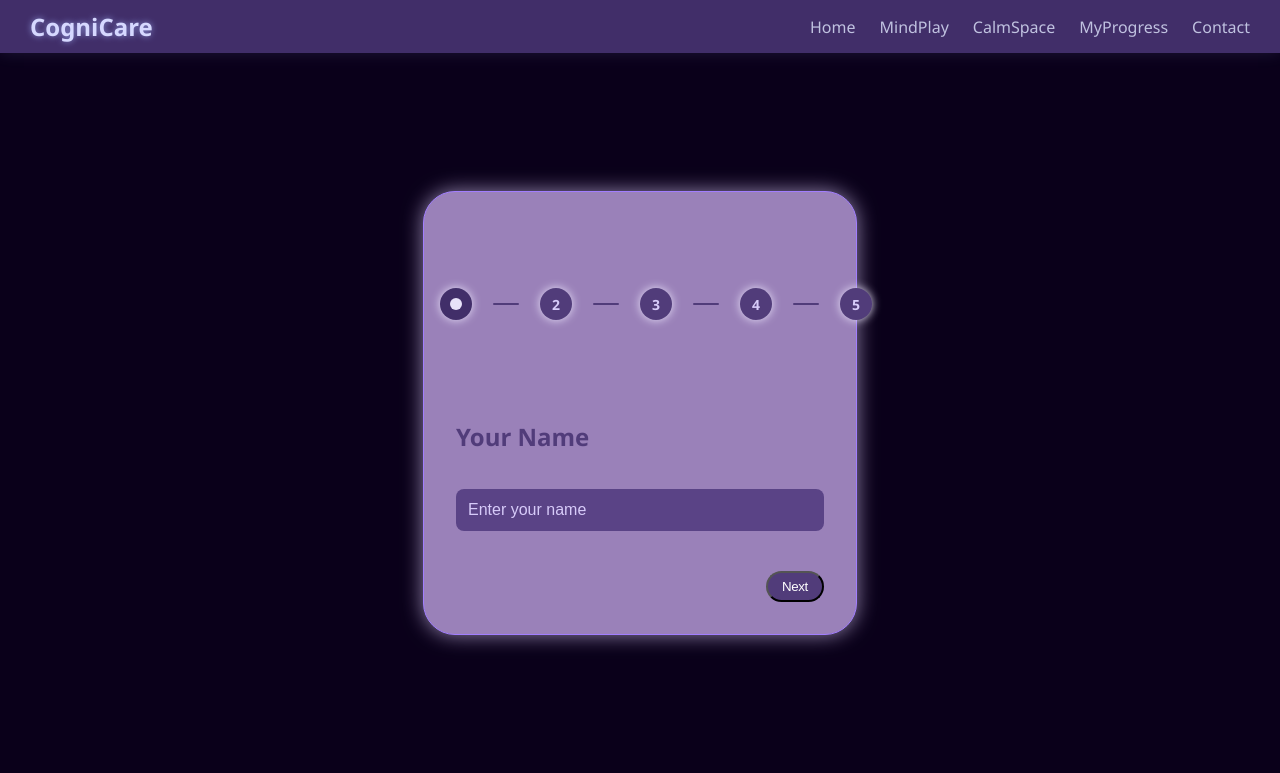
Repository: rujularaut/CogniCare
Page: /signup
These files come from the project's save history. The page is drawn as it stood at one moment and after the next save; the edit follows.
The browser window is 1280 px wide. The pictures show the whole page.
The project was rebuilt for these pictures with package versions that can differ from the ones it lists, and the page was loaded fresh each time. Also part of the build but not shown: src/components/Welcome.css, src/components/Welcome.js, src/components/Particles.css, src/components/Particles.js, src/components/Meditation.css, src/components/Meditation.js, src/components/Signup.css, src/components/Signup.js and 2 more.

Above is the page before, as saved 2025-06-24 15:34:23.

After the next save:
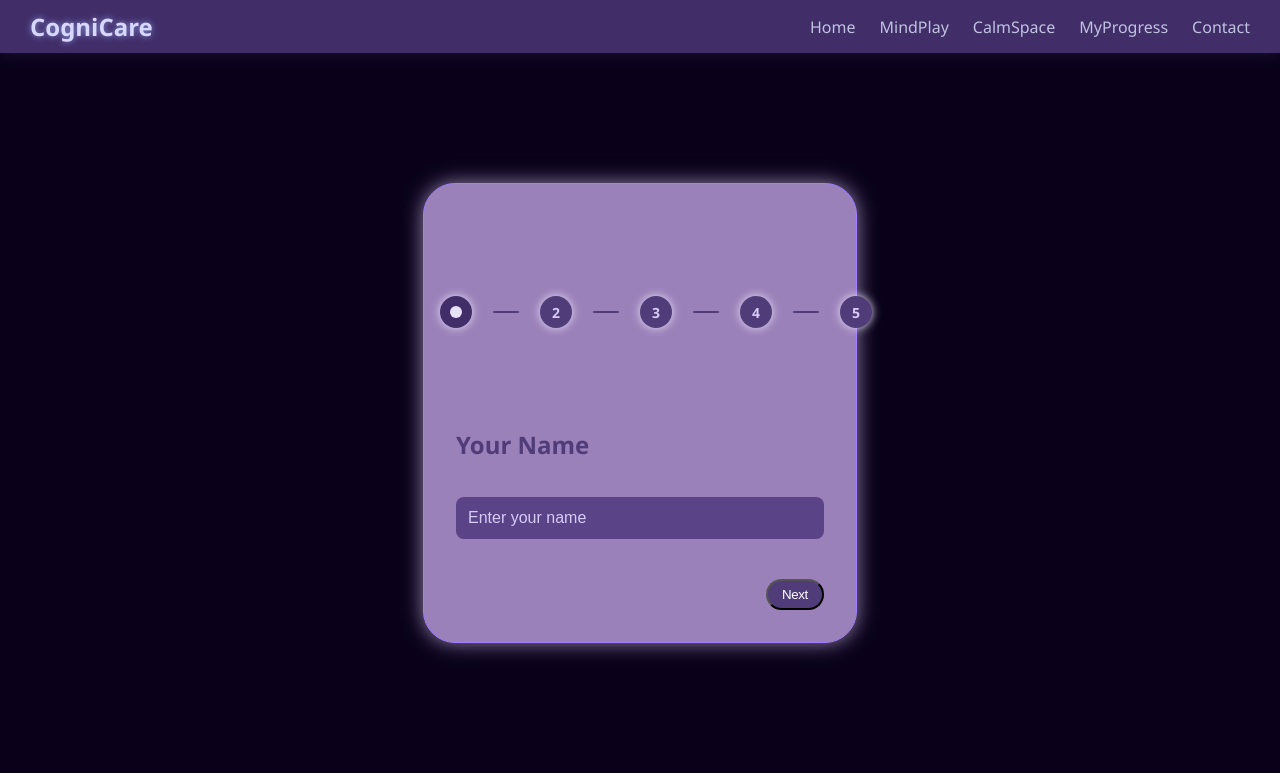
Saved 9 s later.
--- a/src/components/Stepper.css
+++ b/src/components/Stepper.css
@@ -38,7 +38,7 @@
   width: 100%;
   align-items: center;
   justify-content: flex-start; /* 🔁 this aligns them to the left */
-  padding: 6rem 3rem 5rem 1rem; /* 🔧 adjust as needed: top, right, bottom, left */
+  padding: 7rem 3rem 5rem 1rem; /* 🔧 adjust as needed: top, right, bottom, left */
   gap: 0.5rem; /* adds spacing between circles */
 }
 

After the save that followed:
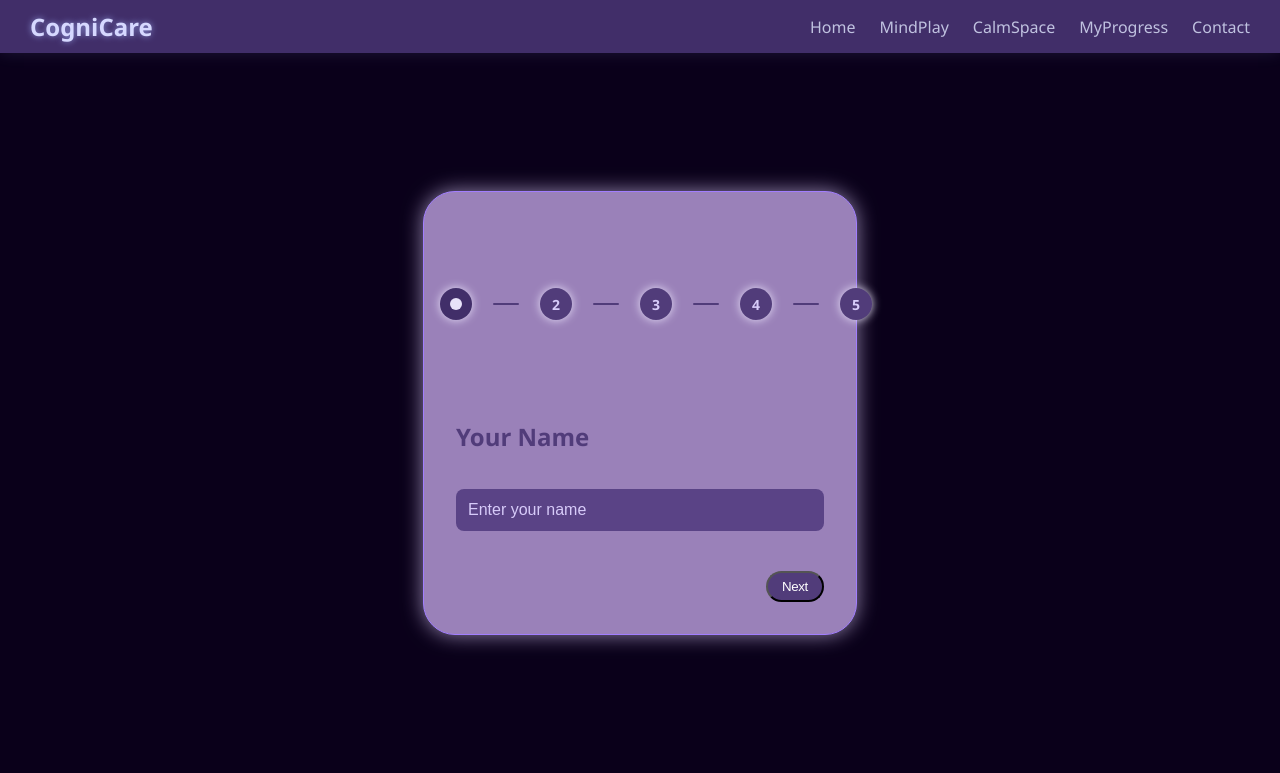
Saved 12 s later.
--- a/src/components/Stepper.css
+++ b/src/components/Stepper.css
@@ -38,7 +38,7 @@
   width: 100%;
   align-items: center;
   justify-content: flex-start; /* 🔁 this aligns them to the left */
-  padding: 7rem 3rem 5rem 1rem; /* 🔧 adjust as needed: top, right, bottom, left */
+  padding: 6rem 3rem 5rem 1rem; /* 🔧 adjust as needed: top, right, bottom, left */
   gap: 0.5rem; /* adds spacing between circles */
 }
 
